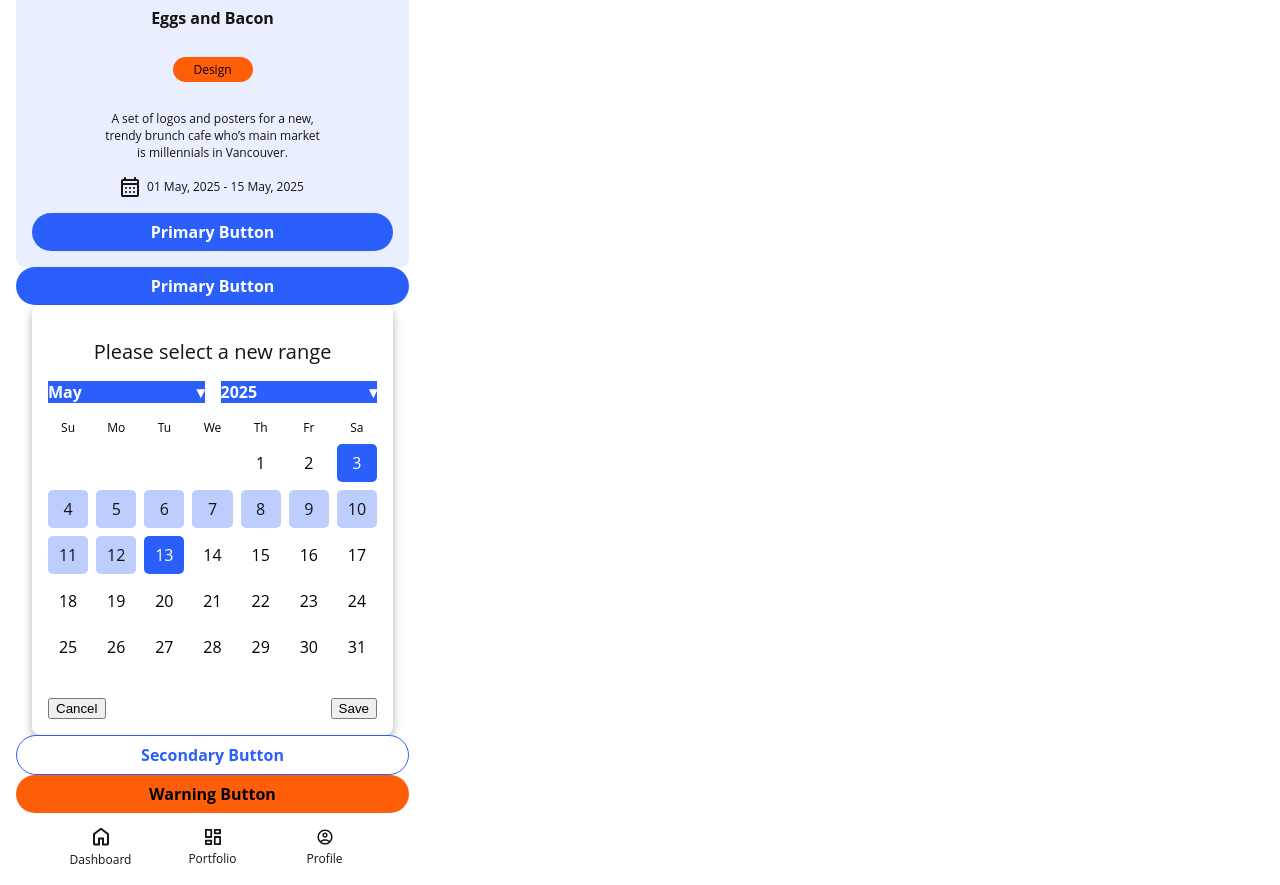
Repository: brunaguarizo/mosaic_app
Page: /
These files come from the project's save history. The page is drawn as it stood at one moment and after the next save; the edit follows.
The browser window is 1280 px wide. The pictures show the whole page.
The project was rebuilt for these pictures with package versions that can differ from the ones it lists, and the page was loaded fresh each time. The framework's server and built-in components were replaced by stand-ins that run in the browser. Also part of the build but not shown: next.config.mjs.

Above is the page before, as saved 2025-04-18 11:05:14.

After the next save:
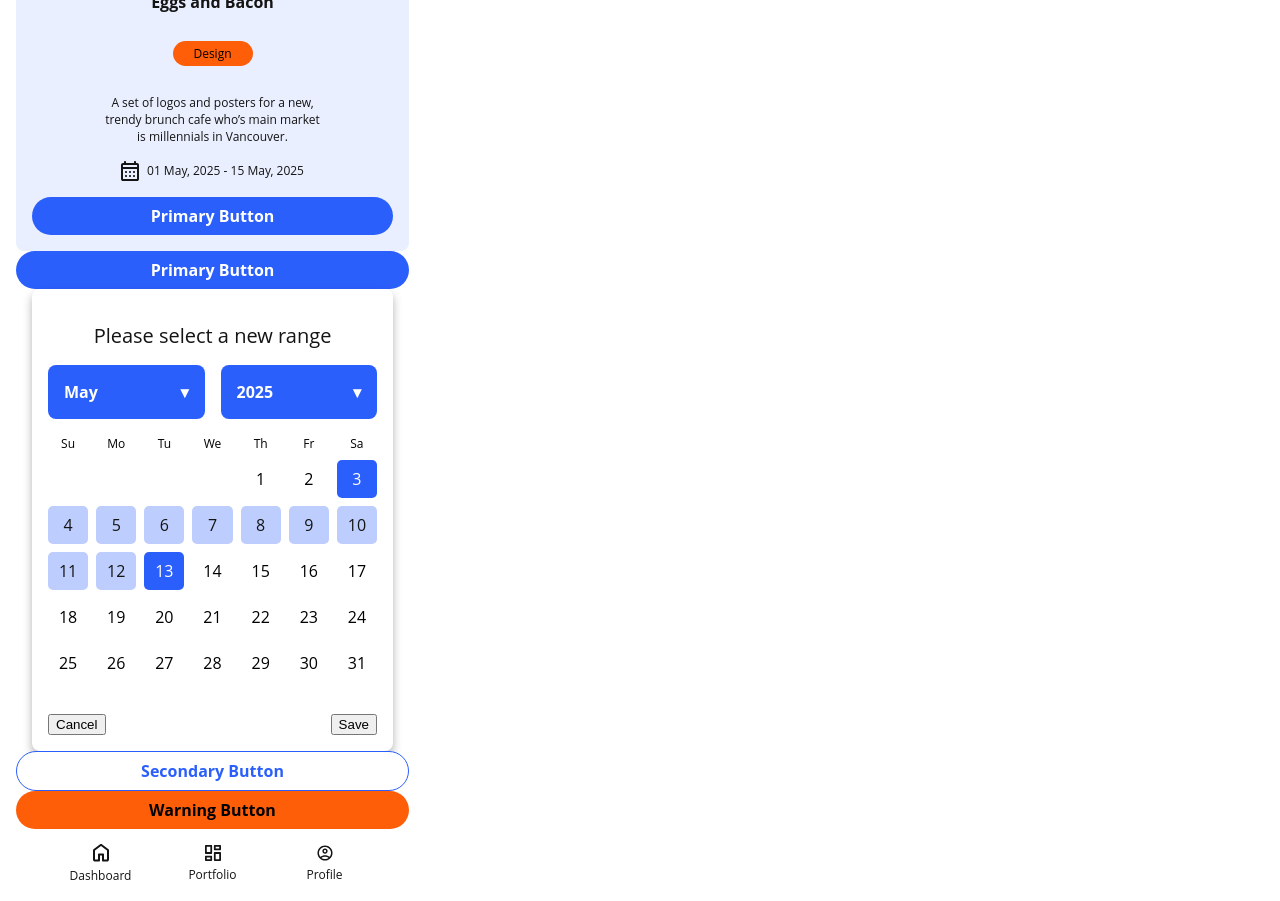
Saved 24 s later.
--- a/app/_ui/Date_PopUp/Date_PopUp.module.css
+++ b/app/_ui/Date_PopUp/Date_PopUp.module.css
@@ -97,8 +97,8 @@
     background-color: var(--blue-primary);
     color: var(--white);
     font-weight: var(--font-weight-bold);
-    border-radius: var(--space-small)
-    padding: var(--space-small);
+    border-radius: var(--space-small);
+    padding: var(--space-regular);
     display: flex;
     justify-content: space-between;
     align-items: center;
